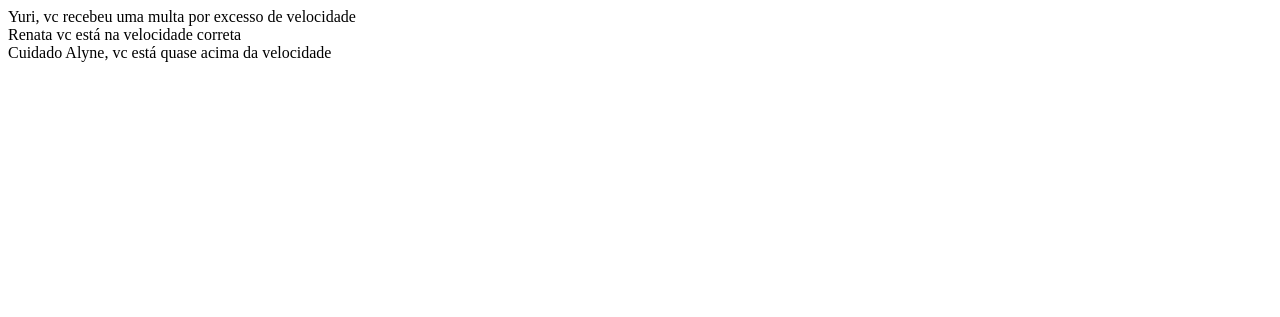
Repository: YuriSarmanho/PHPcourse
Page: http://localhost/6_estruturaControle/11_exercicio26/index.php
The author's editor kept a copy of each file at every save. The page is drawn from the files as they stood at one save, then again after a run of saves.
The browser window is 1280 px wide. The pictures show the whole page.
The page is run by PHP 8.4 with error messages shown; the project is at /var/www/html/.

Above is the page before, as saved 2022-08-06 22:03:20.

### 6_estruturaControle/11_exercicio26/index.php
<?php
$veloMax = 40;

function radar($nome, $velocidade, $veloMax)
{
    if ($velocidade < $veloMax) {
        echo "$nome vc está na velocidade correta <br>";
    } else if ($velocidade == $veloMax) {
        echo "Cuidado $nome, vc está quase acima da velocidade <br>";
    } else {
        echo "$nome, vc recebeu uma multa por excesso de velocidade <br>";
    }
}

radar("Yuri", 60, $veloMax);
radar("Renata", 30, $veloMax);
radar("Alyne", 40, $veloMax);

After the next 3 saves:
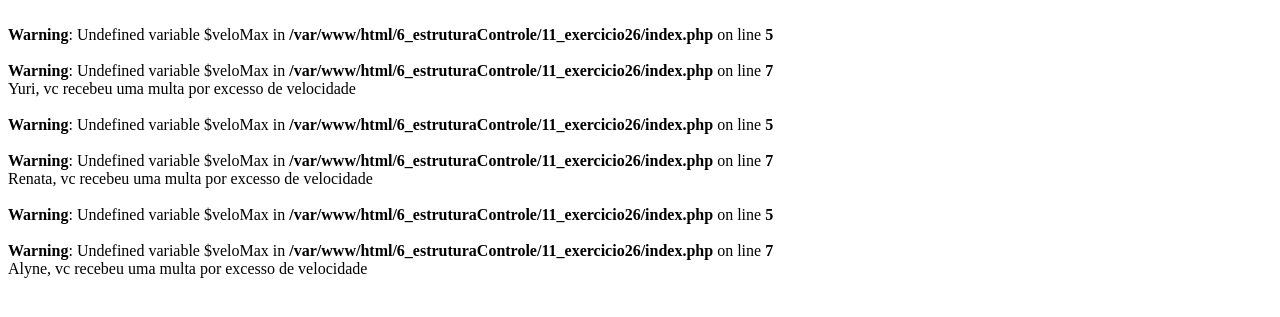
The 3 saves are shown as one change because they came seconds apart.
The last was saved 22 s later.
--- a/6_estruturaControle/11_exercicio26/index.php
+++ b/6_estruturaControle/11_exercicio26/index.php
@@ -1,7 +1,6 @@
 <?php
 $veloMax = 40;
-
-function radar($nome, $velocidade, $veloMax)
+function radar($nome, $velocidade)
 {
     if ($velocidade < $veloMax) {
         echo "$nome vc está na velocidade correta <br>";
@@ -12,6 +11,6 @@
     }
 }
 
-radar("Yuri", 60, $veloMax);
-radar("Renata", 30, $veloMax);
-radar("Alyne", 40, $veloMax);
+radar("Yuri", 60);
+radar("Renata", 30);
+radar("Alyne", 40);

After the 2 saves that followed:
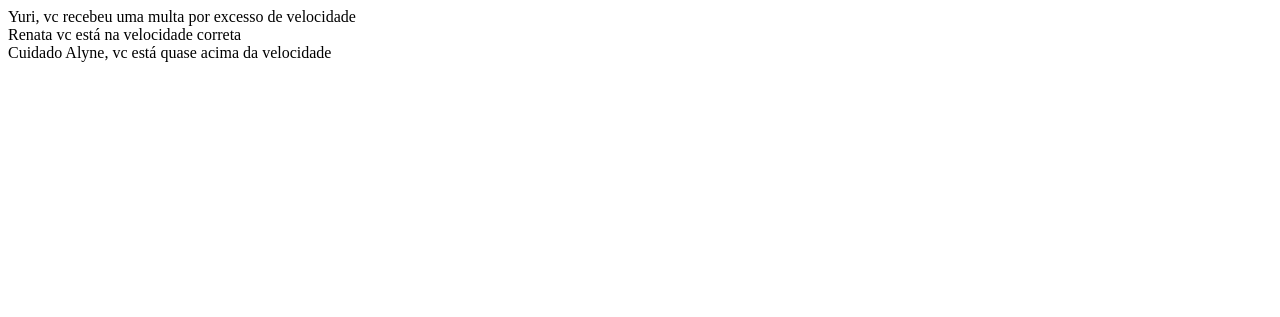
The 2 saves are shown as one change because they came seconds apart.
The last was saved 6 s later.
--- a/6_estruturaControle/11_exercicio26/index.php
+++ b/6_estruturaControle/11_exercicio26/index.php
@@ -1,7 +1,7 @@
 <?php
-$veloMax = 40;
 function radar($nome, $velocidade)
 {
+    $veloMax = 40;
     if ($velocidade < $veloMax) {
         echo "$nome vc está na velocidade correta <br>";
     } else if ($velocidade == $veloMax) {
